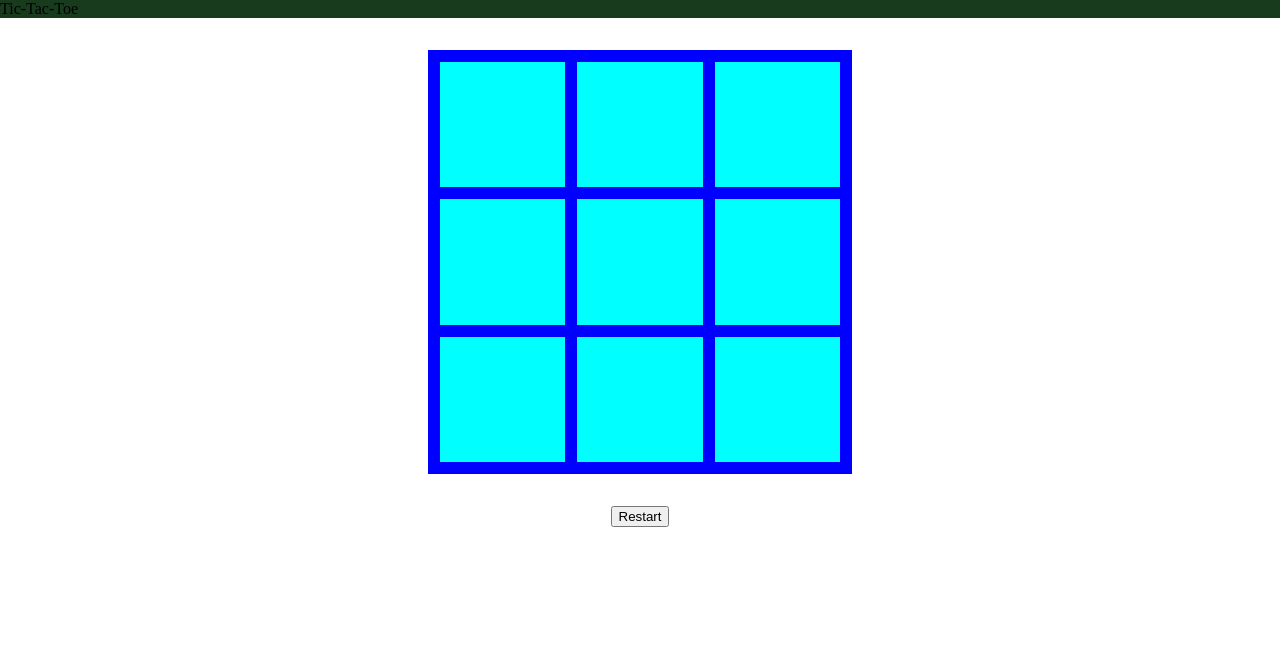
Repository: yeetzpxoci/tic-tac-toe
Page: index.html
These files come from the project's save history. The page is drawn as it stood at one moment and after the next save; the edit follows.
The browser window is 1280 px wide. The pictures show the whole page.

Above is the page before, as saved 2023-02-23 18:40:25.

After the next save:
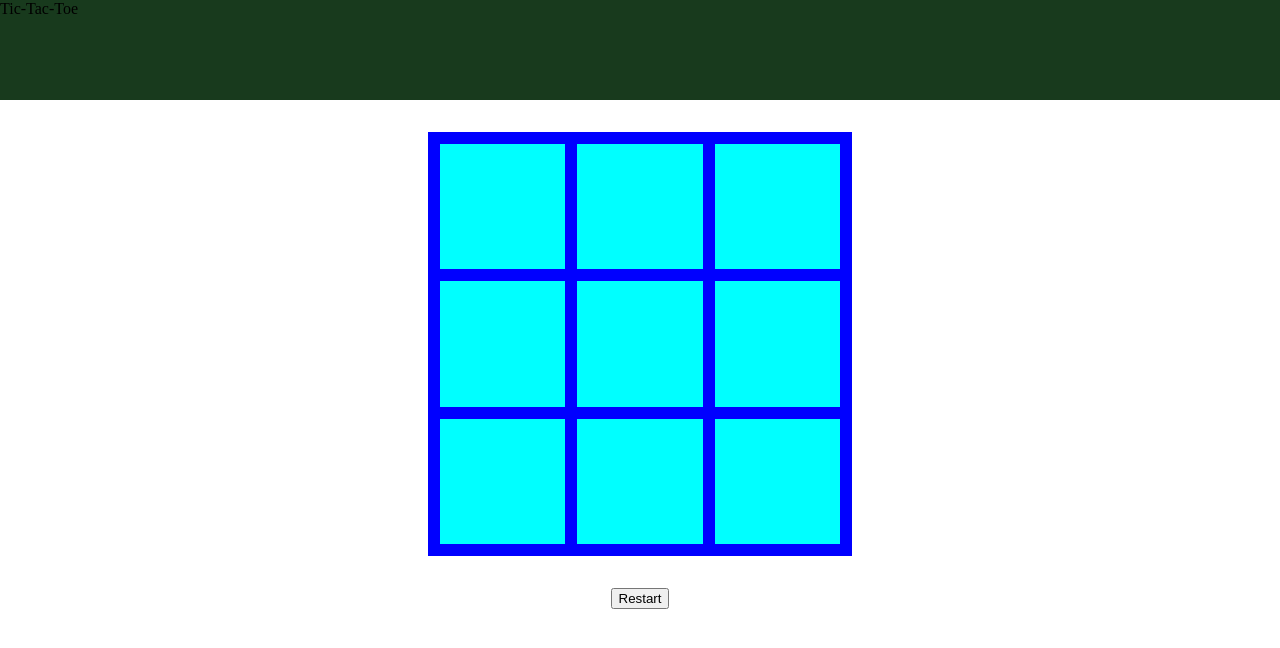
Saved 5 s later.
--- a/styles.css
+++ b/styles.css
@@ -15,6 +15,7 @@ body {
 .header {
     background-color: #183A1D;
     width: 100%;
+    height: 100px;
 }
 
 .board {
